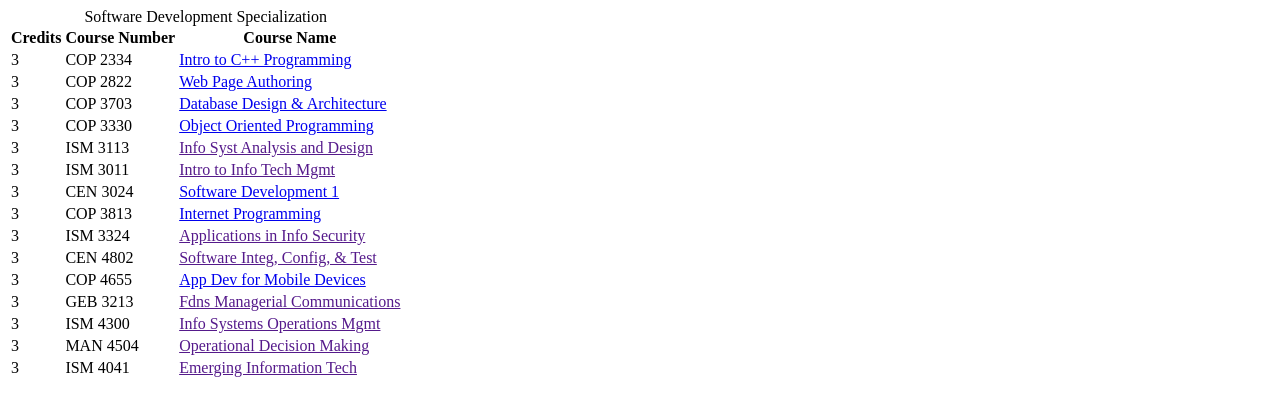
Repository: mlmEFSC21/P3-DegreeSpecializationTable
Page: index.html
These files come from the project's save history. The page is drawn as it stood at one moment and after the next save; the edit follows.
The browser window is 1280 px wide. The pictures show the whole page.

Above is the page before, as saved 2022-02-01 20:02:43.

After the next save:
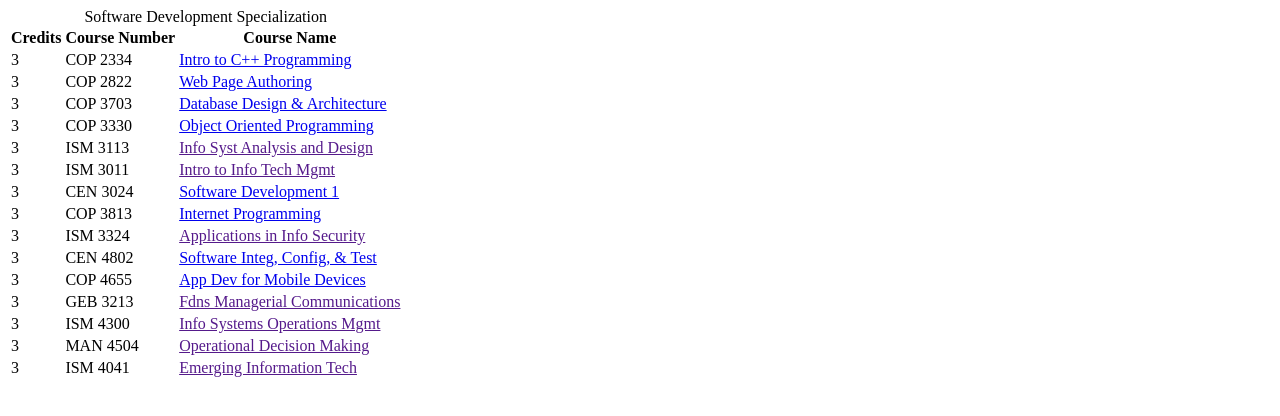
Saved 36 s later.
--- a/index.html
+++ b/index.html
@@ -94,7 +94,12 @@
             <tr>
                 <td>3</td>
                 <td>CEN 4802</td>
-                <td><a href="">Software Integ, Config, & Test</a></td>
+                <td>
+                    <a
+                        href="https://bannerweb.easternflorida.edu/prod/bwckctlg.p_disp_course_detail?cat_term_in=202210&subj_code_in=CEN&crse_numb_in=4802"
+                        >Software Integ, Config, & Test</a
+                    >
+                </td>
             </tr>
             <tr>
                 <td>3</td>
